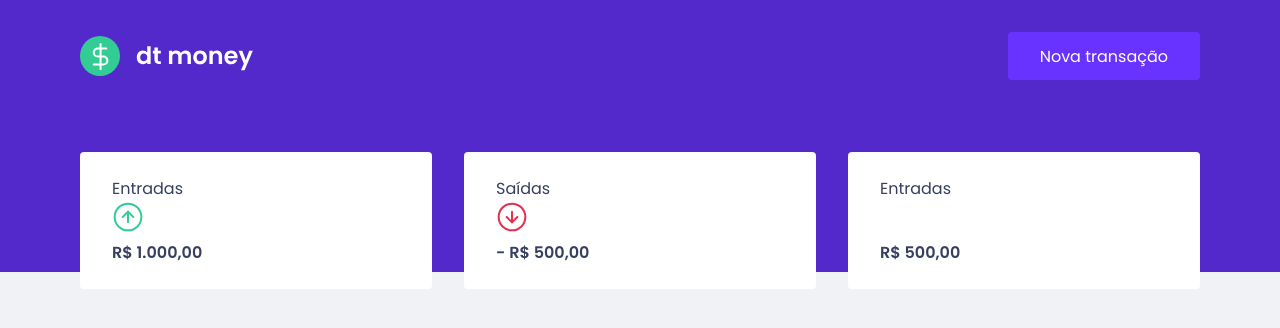
Repository: lucaslopesdevv/dtmoney
Page: /
The author's editor kept a copy of each file at every save. The page is drawn from the files as they stood at one save, then again after the next save.
The browser window is 1280 px wide. The pictures show the whole page.
The project was rebuilt for these pictures with package versions that can differ from the ones it lists, and the page was loaded fresh each time.

Above is the page before, as saved 2021-12-06 21:16:42.

### public/index.html
<!DOCTYPE html>
<html lang="en">
  <head>
    <link rel="preconnect" href="https://fonts.googleapis.com">
    <link rel="preconnect" href="https://fonts.gstatic.com" crossorigin>
    <meta charset="utf-8" />
    <meta name="viewport" content="width=device-width, initial-scale=1" />

<Link rel="shortcut icon" href="favicon.png" type="image/png"/>

    <title>Dtmoney</title>
    <link href="https://fonts.googleapis.com/css2?family=Poppins:wght@400;600&family=Roboto:wght@400;700&display=swap" rel="stylesheet">


  </head>
  <body>
    <noscript>You need to enable JavaScript to run this app.</noscript>
    <div id="root"></div>
  </body>
</html>

### src/App.tsx

import { Dashboard } from "./components/Header/Dashboard";
import { Header } from "./components/Header/index";
import { GlobalStyle } from "./styles/global";

export function App() {
  return (
    <>
      <Header />
      <Dashboard />
      <GlobalStyle />
    </>
  );
}

### src/components/Header/Dashboard/index.tsx
import { Summary } from '../../Summary';

import { Container } from './styles';


export function Dashboard() {
    return (
        <Container>
            <Summary />
        </Container>
    );
}

### src/components/Header/index.tsx
import logoImg from '../../assets/logo.svg';
import { Container, Content } from './styles';

export function Header() {
    return (
        <Container>
            <Content>
                <img src={logoImg} alt="dt money" />
                <button type="button">
                    Nova transação
                </button>
            </Content>
        </Container>
    )
}

### src/styles/global.ts
import { createGlobalStyle } from 'styled-components';

export const GlobalStyle = createGlobalStyle`
:root {
    --background: #F0F2F5;
    --red: #e52e4d;
    --blue: #5429cc;
    --blue-light: #6933ff;

    --text-title: #363f5f;
    --text-body: #969cb3;

    --shape: #ffffff;
}
    *{
        margin: 0;
        padding: 0;
        box-sizing: boder-box;
    }

/*font-size: 16px (Desktop)*/

html {
    @media (max-width: 1080px){
        font-size: 93.75%; /*15px*/
    }

    @media (max-width: 720px){
        font-size: 87.5%; /*14px*/
    }
}

    body {
        background-color: var(--background);
        -webkit-font-smoothing: antialiased;
    }

    body, input, textarea, button {
        font-family: 'Poppins', sans-serif;
        font-weight: 400;
    }

    h1, h2, h3, h4, h5, h6, strong{
        font-weight: 600;
    }

    button{
        cursor: pointer;
    }

    [disabled] {
        opacity: 0.6;
        cursor: not-allowed;
    }


`

### src/components/Summary/index.tsx
import incomeImg from '../../assets/income.svg';
import outcomeImg from '../../assets/outcome.svg';
import totalImg from '../../assets/total.svg';

import { Container } from './styles';

export function Summary() {
    return (
        <Container>
            <div>
                <header>
                    <p>Entradas</p>
                    <img src={incomeImg} alt="Entradas" />
                </header>
                <strong>R$ 1.000,00</strong>
            </div>

            <div>
                <header>
                    <p>Saídas</p>
                    <img src={outcomeImg} alt="Saídas" />
                </header>
                <strong>- R$ 500,00</strong>
            </div>

            <div>
                <header>
                    <p>Entradas</p>
                    <img src={totalImg} alt="Total" />
                </header>
                <strong>R$ 500,00</strong>
            </div>
        </Container>
    )
}

### src/components/Header/Dashboard/styles.ts
import styled from "styled-components";

export const Container = styled.main`

    max-width: 1120px;
    margin: 0 auto;
    padding: 2.5rem 1rem;
`;

### src/components/Header/styles.ts
import styled from 'styled-components';

export const Container = styled.header`
background: var(--blue);

`;

export const Content = styled.div`
    max-width: 1120px;
    margin: 0 auto;

    padding: 2rem 1rem 12rem;
    display: flex;
    align-items: center;
    justify-content: space-between;

button{
    font-size: 1rem;
    color: #FFF;
    background: var(--blue-light);
    border: 0;
    padding: 0 2rem;
    border-radius: 0.25rem;
    height: 3rem;

    transition: filter 0.2s;

    &:hover{
        filter: brightness(0.9);
    }
}
`;

### src/components/Summary/styles.ts
import styled from "styled-components";

export const Container = styled.div`
    display: grid;
    grid-template-columns: repeat(3, 1fr);
    gap: 2rem;
    margin-top: -10rem;

    div {
        background: var(--shape);
        padding: 1.5rem 2rem;
        border-radius: 0.25rem;
        color: var(--text-title);
    }
`;

Loaded but not shown: src/index.tsx (common file)

After the next save:
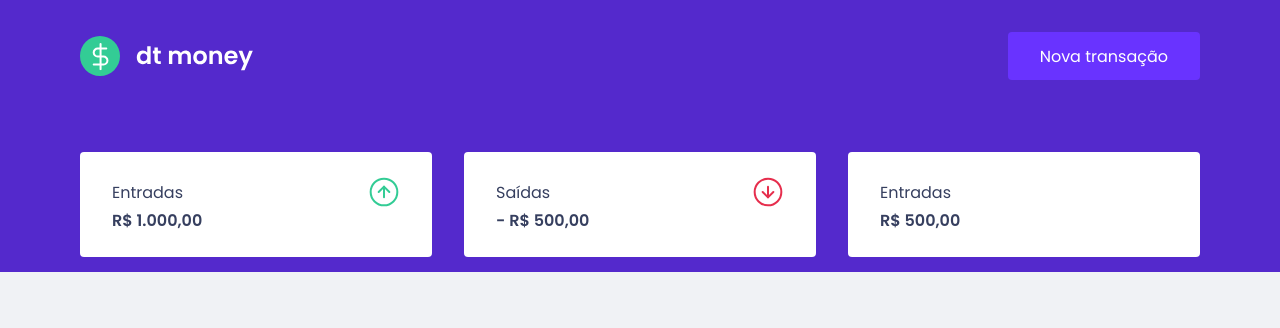
Saved 27 s later.
--- a/src/components/Summary/styles.ts
+++ b/src/components/Summary/styles.ts
@@ -12,4 +12,10 @@ export const Container = styled.div`
         border-radius: 0.25rem;
         color: var(--text-title);
     }
+
+    header{
+        display: flex;
+        align-items: center;
+        justify-content: space-between;
+    }
 `;
